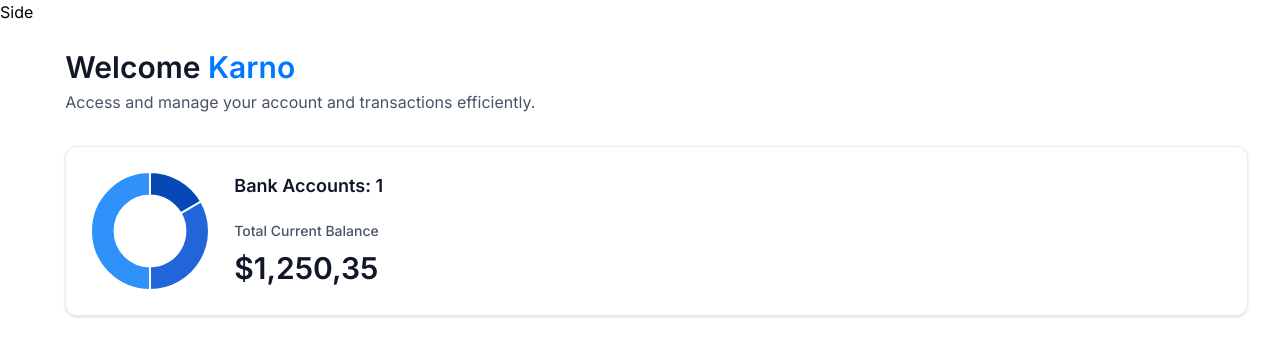
Repository: KarnoSarker/Banking
Page: /
The author's editor kept a copy of each file at every save. The page is drawn from the files as they stood at one save, then again after the next save.
The browser window is 1280 px wide. The pictures show the whole page.
The project was rebuilt for these pictures with package versions that can differ from the ones it lists, and the page was loaded fresh each time. The framework's server and built-in components were replaced by stand-ins that run in the browser. Also part of the build but not shown: next.config.mjs.

Above is the page before, as saved 2024-05-14 20:17:42.

### app/layout.tsx
import type { Metadata } from 'next';
import { Inter, IBM_Plex_Serif } from 'next/font/google';
import './globals.css';

const inter = Inter({ subsets: ['latin'], variable: '--font-inter' });
const ibmPlexSerif = IBM_Plex_Serif({
  subsets: ['latin'],
  weight: ['400', '700'],
  variable: '--font-ibm-plex-serif',
});

export const metadata: Metadata = {
  title: 'CityBank',
  description: 'CityBank for everyone',
  icons: {
    icon: '/icons/logo.svg',
  },
};

export default function RootLayout({
  children,
}: Readonly<{
  children: React.ReactNode;
}>) {
  return (
    <html lang='en'>
      <body className={`${inter.variable} ${ibmPlexSerif.variable}`}>
        {children}
      </body>
    </html>
  );
}

### app/(root)/layout.tsx
import { Sidebar } from 'lucide-react';

export default function RootLayout({
  children,
}: Readonly<{
  children: React.ReactNode;
}>) {
  const loggedIn = { firstName: 'Karno', lastName: 'Sarker' };
  return (
    <main className='flex h-screen w-full font-inter'>
      {/* <Sidebar user={loggedIn} /> */}
      Side
      {children}
    </main>
  );
}

### app/(root)/page.tsx
import HeaderBox from '@/components/HeaderBox';
import TotalBalanceBox from '@/components/TotalBalanceBox';
import React from 'react';

const Home = () => {
  const loggedIn = { firstName: 'Karno' };
  return (
    <section className='home'>
      <div className='home-content'>
        <header className='home-header'>
          <HeaderBox
            type='greeting'
            title='Welcome'
            user={loggedIn?.firstName || 'Guest'}
            subtext='Access and manage your account and transactions efficiently.'
          />
        </header>
        <TotalBalanceBox
          accounts={[]}
          totalBanks={1}
          totalCurrentBalance={1250.35}
        />
      </div>
    </section>
  );
};

export default Home;

### components/HeaderBox.tsx
import React from 'react';

const HeaderBox = ({
  type = 'title',
  title,
  subtext,
  user,
}: HeaderBoxProps) => {
  return (
    <div className='header-box'>
      <h1 className='header-box-title'>
        {title}
        {type === 'greeting' && (
          <span className='text-bankGradient'>&nbsp;{user}</span>
        )}
      </h1>
      <p className='header-box-subtext'>{subtext}</p>
    </div>
  );
};

export default HeaderBox;

### components/TotalBalanceBox.tsx
import React from 'react';
import AnimatedCounter from './AnimatedCounter';
import DoughnutChart from './ui/DoughnutChart';

const TotalBalanceBox = ({
  accounts = [],
  totalBanks,
  totalCurrentBalance,
}: TotlaBalanceBoxProps) => {
  return (
    <section className='total-balance'>
      <div className='total-balance-chart'>
        <DoughnutChart accounts={accounts} />
      </div>
      <div className='flex flex-col gap-6'>
        <h2 className='header-2'>Bank Accounts: {totalBanks}</h2>
        <div className='flex flex-col gap-2'>
          <p className='total-balance-label'>Total Current Balance</p>
          <div className='total-balance-amount flex-center gap-2'>
            <AnimatedCounter amount={totalCurrentBalance} />
          </div>
        </div>
      </div>
    </section>
  );
};

export default TotalBalanceBox;

### components/AnimatedCounter.tsx
'use client';
import CountUp from 'react-countup';

const AnimatedCounter = ({ amount }: { amount: number }) => {
  return (
    <div className='w-full'>
      <CountUp
        duration={2.75}
        decimals={2}
        decimal=','
        prefix='$'
        end={amount}
      />
    </div>
  );
};

export default AnimatedCounter;

### components/ui/DoughnutChart.tsx
'use client';

import { Chart as ChartJS, ArcElement, Tooltip, Legend } from 'chart.js';
import { Doughnut } from 'react-chartjs-2';

ChartJS.register(ArcElement, Tooltip, Legend);

const DoughnutChart = ({ accounts }: DoughnutChartProps) => {
  const data = {
    datasets: [
      {
        label: 'Banks',
        data: [1250, 2500, 3750],
        backgroundColor: ['#0747b6', '#2265d8', '#2f91fa'],
      },
    ],
    labels: ['Bank 1', 'Bank 2', 'Bank 3'],
  };
  return (
    <Doughnut
      data={data}
      options={{
        cutout: '60%',
        plugins: {
          legend: {
            display: false,
          },
        },
      }}
    />
  );
};

export default DoughnutChart;

Loaded but not shown: app/globals.css (common file); tailwind.config.ts (common file)

After the next save:
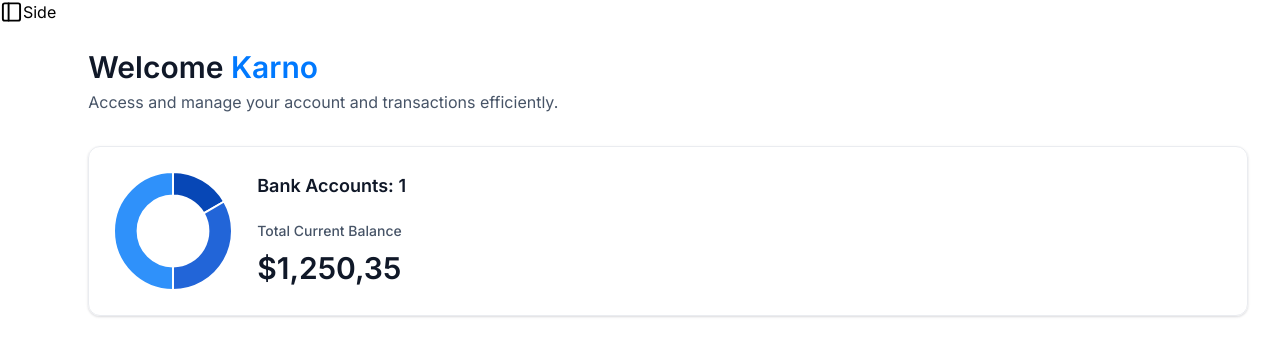
Saved 13 s later.
--- a/app/(root)/layout.tsx
+++ b/app/(root)/layout.tsx
@@ -8,7 +8,7 @@ export default function RootLayout({
   const loggedIn = { firstName: 'Karno', lastName: 'Sarker' };
   return (
     <main className='flex h-screen w-full font-inter'>
-      {/* <Sidebar user={loggedIn} /> */}
+      <Sidebar />
       Side
       {children}
     </main>
